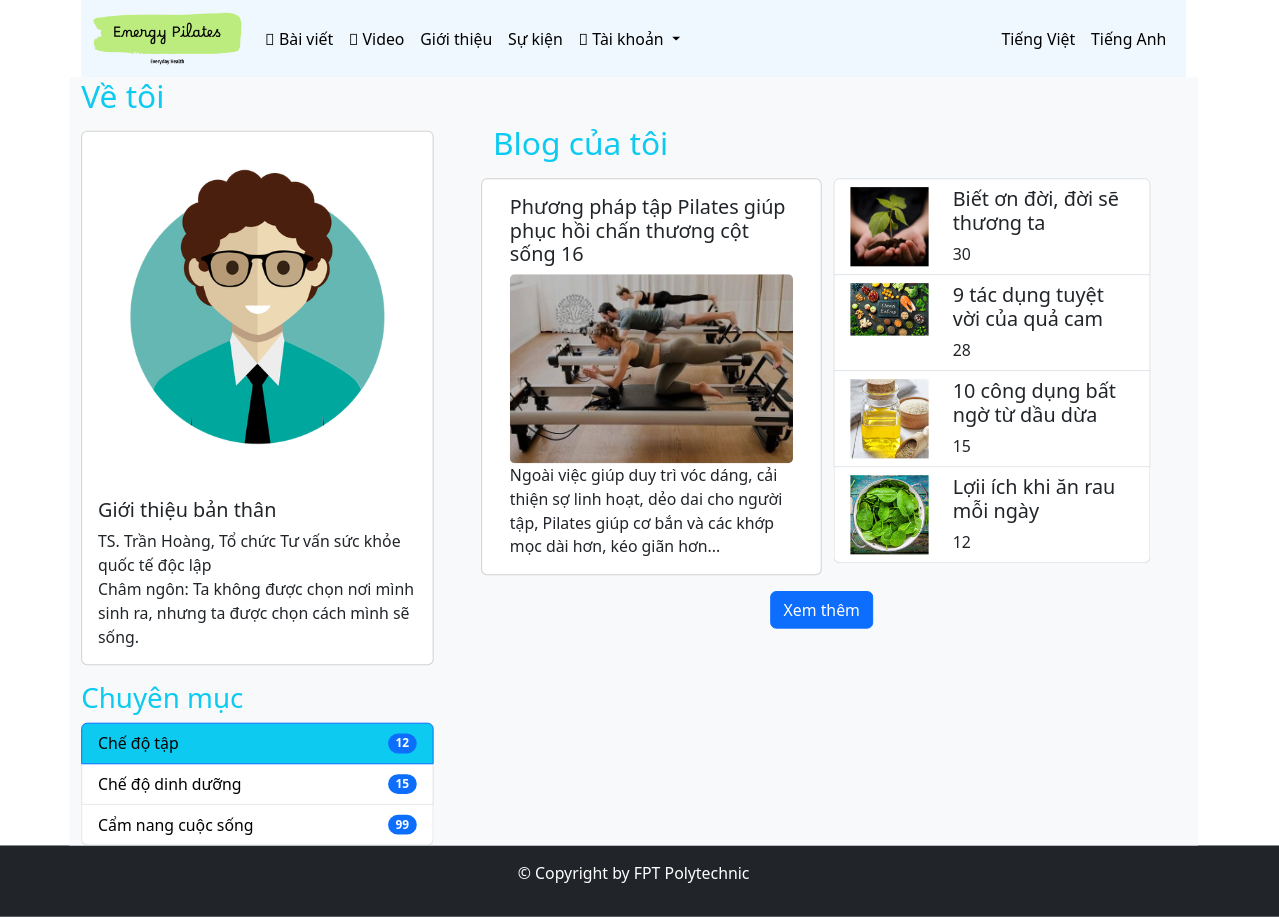
Repository: KizukoHeiwa/SOF308
Page: Lab1/index.html
These files come from the project's save history. The page is drawn as it stood at one moment and after the next save; the edit follows.
The browser window is 1280 px wide. The page is 1292 px wide, so the pictures cover 1292 px, including what lies to the right of the window. The pictures show the whole page, at 99% of full size.

Above is the page before, as saved 2024-10-31 10:46:58.

### Lab1/index.html
<!DOCTYPE html>
<html lang="en">
<head>
    <meta charset="UTF-8">
    <meta name="viewport" content="width=device-width, initial-scale=1.0">
    <title>FPT Polytechnic</title>
    <link href="https://cdn.jsdelivr.net/npm/bootstrap@5.3.3/dist/css/bootstrap.min.css" rel="stylesheet" integrity="sha384-QWTKZyjpPEjISv5WaRU9OFeRpok6YctnYmDr5pNlyT2bRjXh0JMhjY6hW+ALEwIH" crossorigin="anonymous">
    <script src="https://cdn.jsdelivr.net/npm/bootstrap@5.3.3/dist/js/bootstrap.bundle.min.js" integrity="sha384-YvpcrYf0tY3lHB60NNkmXc5s9fDVZLESaAA55NDzOxhy9GkcIdslK1eN7N6jIeHz" crossorigin="anonymous"></script>
    <link rel="stylesheet" href="https://cdnjs.cloudflare.com/ajax/libs/font-awesome/4.7.0/css/font-awesome.min.css">
    <style>
        header{
            background-color: aliceblue;
            /* box-shadow: 1px 1px 2px 1px lightgray; */
        }
        .nav-link{
            color: black;
        }
        .nav-link:hover{
            color: green;
        }
        .navbar-nav .nav-link.active, .navbar-nav .nav-link.show {
            color: green;
        }
        .button-wrapper{
            display: flex;
            justify-content: center;
            align-items: center;
        }
        .footer-content{
            color: white;
            text-align: center;
        }
    </style>

</head>
<body>
    <div class="container">
        <header>
            <nav class="navbar navbar-expand-sm">
                <div class="container">
                    <a class="navbar-brand" href="#">
                        <img src="img/logo-energy-pilates.png" alt="" style="width: 150px;">
                    </a>
                    <div class="collapse navbar-collapse" id="collapsibleNavbar">
                        <ul class="navbar-nav me-auto">
                            <li class="nav-item">
                                <a class="nav-link" href="#"><i class="fa-solid fa-list"></i> Bài viết</a>
                            </li>
                            <li class="nav-item">
                                <a class="nav-link" href="#"><i class="fa-solid fa-film"></i> Video</a>
                            </li>
                            <li class="nav-item">
                                <a class="nav-link" href="#"><i class="fa-solid fa-circle-info"></i> Giới thiệu</a>
                            </li>
                            <li class="nav-item">
                                <a class="nav-link" href="#"><i class="fa-solid fa-calendar-days"></i> Sự kiện</a>
                            </li>
                            <li class="nav-item dropdown">
                                <a class="nav-link dropdown-toggle" href="#" role="button" data-bs-toggle="dropdown">
                                    <i class="fa-solid fa-user"></i> Tài khoản
                                </a>
                                <ul class="dropdown-menu">
                                    <li><a class="dropdown-item" href="#">Đăng nhập</a></li>
                                    <li><a class="dropdown-item" href="#">Quên mật khẩu</a></li>
                                    <li><a class="dropdown-item" href="#">Đăng ký thành viên</a></li>
                                </ul>
                            </li>
                        </ul>
                        <ul class="navbar-nav d-flex">
                            <li class="nav-item">
                                <a class="nav-link">Tiếng Việt</a>
                            </li>
                            <li class="nav-item">
                                <a class="nav-link">Tiếng Anh</a>
                            </li>
                        </ul>
                    </div>
                </div>
            </nav>
        </header>
        <section class="row">
            <aside class="col-sm-4 bg-light">
                <div class="col-sm">
                    <h2 class="text-info mb-3">Về tôi</h2>
                    <div class="card mb-3">
                        <img src="img/avatar.png" class="card-img-top" alt="">
                        <div class="card-body">
                            <h5 class="card-title">Giới thiệu bản thân</h5>
                            <p class="card-text">TS. Trần Hoàng, Tổ chức Tư vấn sức khỏe quốc tế độc lập <br>
                                Châm ngôn: Ta không được chọn nơi mình sinh ra, nhưng ta được chọn cách mình sẽ sống.
                            </p>
                        </div>
                    </div>

                    <h3 class="text-info mt-2">Chuyên mục</h3>
                    <ul class="list-group">
                        <li class="list-group-item active bg-info d-flex justify-content-between align-items-center">
                            <a class="nav-link" href="#">Chế độ tập</a>
                            <span class="badge bg-primary rounded-pill">12</span>
                        </li>
                        <li class="list-group-item d-flex justify-content-between align-items-center">
                            <a class="nav-link" href="#">Chế độ dinh dưỡng</a>
                            <span class="badge bg-primary rounded-pill">15</span>
                        </li>
                        <li class="list-group-item d-flex justify-content-between align-items-center">
                            <a class="nav-link" href="#">Cẩm nang cuộc sống</a>
                            <span class="badge bg-primary rounded-pill">99</span>
                        </li>
                    </ul>
                    <!-- end Chuyên mục -->
                </div>
            </aside>
            <article class="col-sm-8 bg-light p-5">
                <div class="row">
                        <h2 class="text-info mb-3">Blog của tôi</h2>
                        <div class="card col-sm-6">
                            <div class="card-body">
                                <h5 class="card-title">Phương pháp tập Pilates giúp phục hồi chấn thương cột sống <i class="fa-solid fa-message"></i> 16</h5>
                                <img src="img/tap-piltes.jpg" alt="" class="card-img">
                                <p class="card-text">Ngoài việc giúp duy trì vóc dáng, cải thiện sợ linh hoạt, dẻo dai cho người tập, Pilates giúp cơ bắn và các khớp mọc dài hơn, kéo giãn hơn...</p>
                            </div>
                        </div>
                        <div class="col-sm-6">
                            <ul class="list-group">
                                <li class="list-group-item d-flex justify-content-between align-items-start">
                                    <div class="row">
                                        <div class="col-4">
                                            <img src="img/corevalue.jpg" alt="" class="card-img">
                                        </div>
                                        <div class="col-8">
                                            <h5>Biết ơn đời, đời sẽ thương ta</h5>
                                            <span>30</span>
                                        </div>
                                    </div>
                                </li>
                                <li class="list-group-item d-flex justify-content-between align-items-start">
                                    <div class="row">
                                        <div class="col-4">
                                            <img src="img/eat-clean.png" alt="" class="card-img">
                                        </div>
                                        <div class="col-8">
                                            <h5>9 tác dụng tuyệt vời của quả cam</h5>
                                            <span>28</span>
                                        </div>
                                    </div>
                                </li>
                                <li class="list-group-item d-flex justify-content-between align-items-start">
                                    <div class="row">
                                        <div class="col-4">
                                            <img src="img/sesameoil_300x300.jpg" alt="" class="card-img">
                                        </div>
                                        <div class="col-8">
                                            <h5>10 công dụng bất ngờ từ dầu dừa</h5>
                                            <span>15</span>
                                        </div>
                                    </div>
                                </li>
                                <li class="list-group-item d-flex justify-content-between align-items-start">
                                    <div class="row">
                                        <div class="col-4">
                                            <img src="img/spinach_300x300.jpg" alt="" class="card-img">
                                        </div>
                                        <div class="col-8">
                                            <h5>Lợii ích khi ăn rau mỗi ngày</h5>
                                            <span>12</span>
                                        </div>
                                    </div>
                                </li>
                            </ul>
                        </div>
                    </div>
                    <div class="button-wrapper">
                        <button type="button" class="btn btn-primary m-3">Xem thêm</button>
                    </div>
                </div>
            </article>
        </section>
        <footer class="row bg-dark p-3">
            <p class="footer-content">&copy; Copyright by FPT Polytechnic</p>
        </footer>
    </div>
</body>
</html>

After the next save:
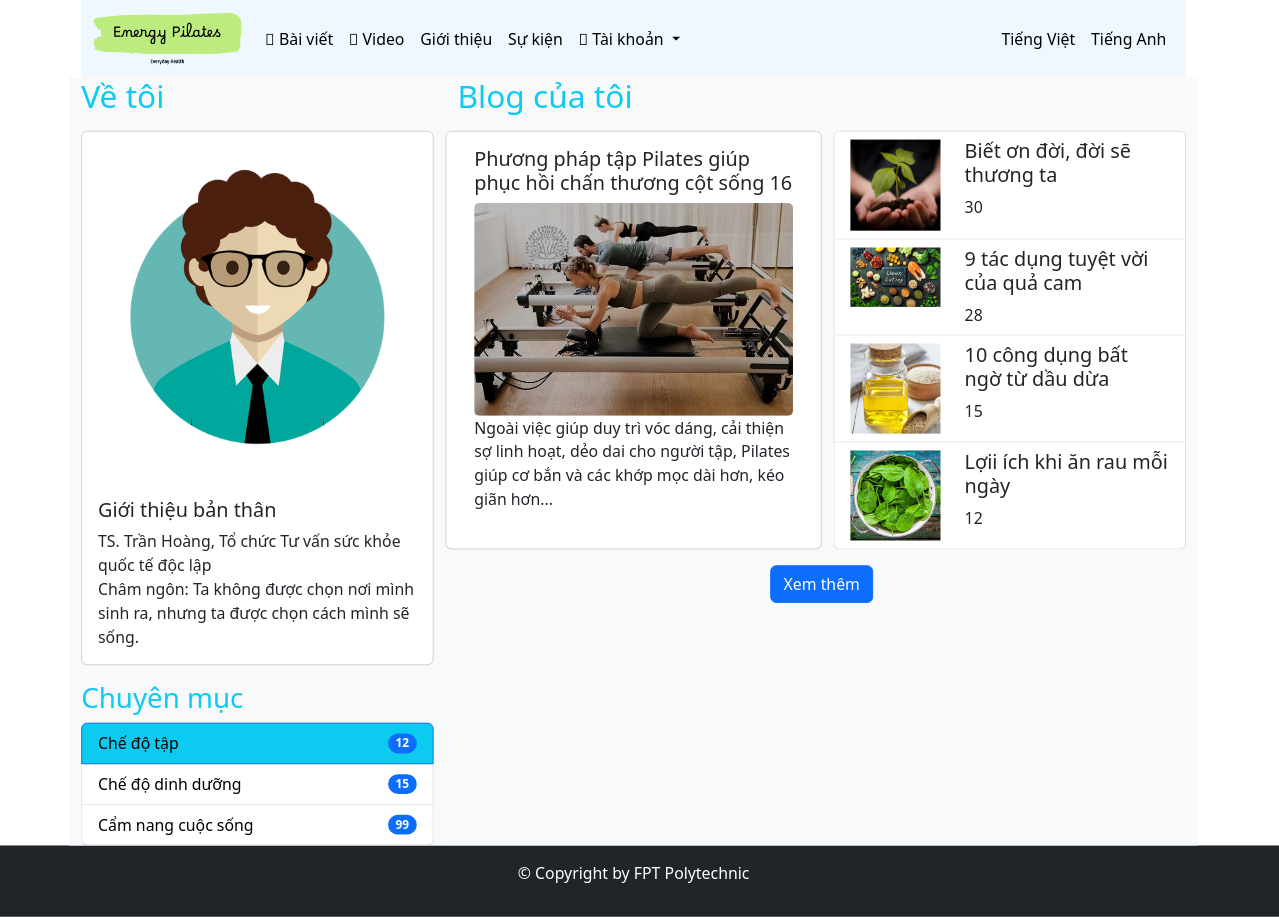
Saved 8 s later.
--- a/Lab1/index.html
+++ b/Lab1/index.html
@@ -110,7 +110,7 @@
                     <!-- end Chuyên mục -->
                 </div>
             </aside>
-            <article class="col-sm-8 bg-light p-5">
+            <article class="col-sm-8 bg-light">
                 <div class="row">
                         <h2 class="text-info mb-3">Blog của tôi</h2>
                         <div class="card col-sm-6">
